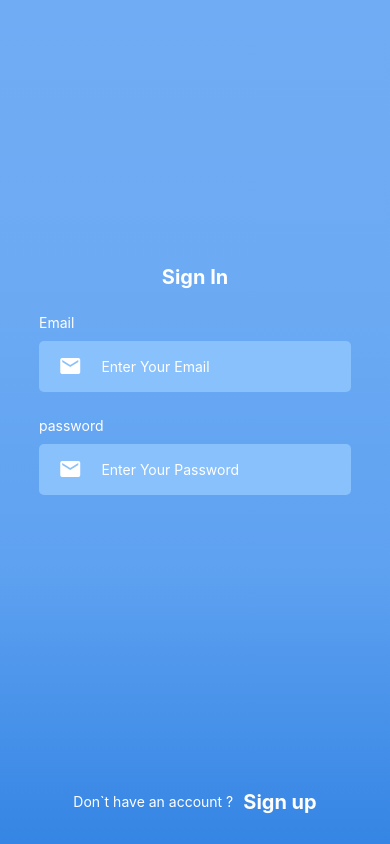
Repository: kamarajcalm/loginpage
Screen: /
The author's editor kept a copy of each file at every save. The screen is drawn from the files as they stood at one save, then again after the next save.
The app was drawn by React Native's web renderer in a window 390 px wide. The project was rebuilt for these pictures with package versions that can differ from the ones it lists, and the page was loaded fresh each time.

Above is the screen before, as saved 2021-12-26 00:12:11.

After the next save:
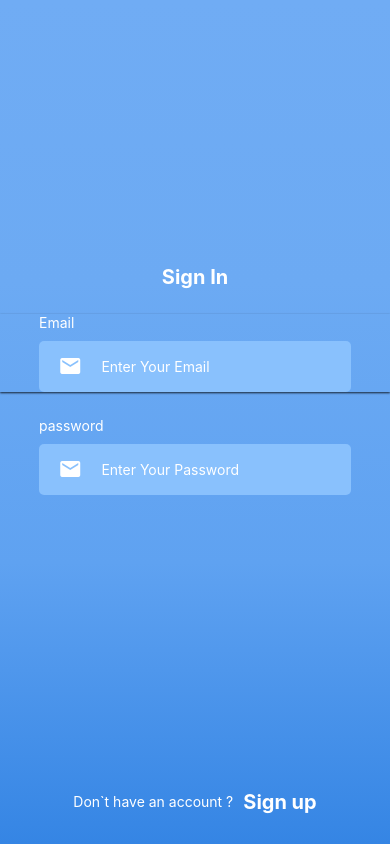
Saved 47 s later.
--- a/App.js
+++ b/App.js
@@ -19,7 +19,7 @@ export default function App() {
           <Text style={[styles.textwithBold]}>Sign In</Text>
         </View>
 
-        <View style={[styles.textInputContainer]}>
+        <View style={[styles.textInputContainer, styles.boxWithShadow]}>
           <View>
             <Text style={styles.text}>Email</Text>
           </View>
@@ -122,7 +122,12 @@ const styles = StyleSheet.create({
     flex: 0.8,
     color: "#fff"
   },
-  placeholderStyle: {
-    color: "#fff"
+
+  boxWithShadow: {
+    shadowColor: '#000',
+    shadowOffset: { width: 0, height: 1 },
+    shadowOpacity: 0.8,
+    shadowRadius: 2,
+    elevation: 5
   }
 });
